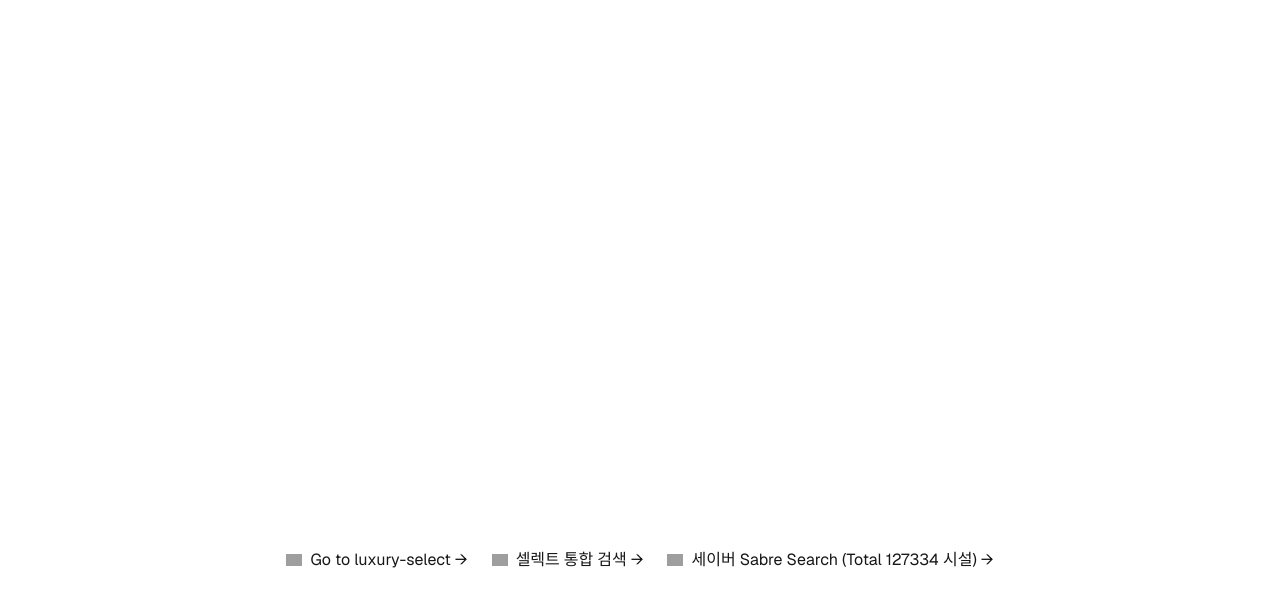
Repository: tide-mobility/select-search
Page: /
The author's editor kept a copy of each file at every save. The page is drawn from the files as they stood at one save, then again after the next save.
The browser window is 1280 px wide. The pictures show the whole page.
Pictures or frames that could not be fetched are drawn as grey boxes. The project was rebuilt for these pictures with package versions that can differ from the ones it lists, and the page was loaded fresh each time. The framework's server and built-in components were replaced by stand-ins that run in the browser. Also part of the build but not shown: next.config.ts.

Above is the page before, as saved 2025-01-19 09:09:42.

### src/app/page.tsx
// import Image from "next/image";
import Footer from "./components/footer";

export default function Home() {
  return (
    <div className="grid  items-center justify-items-center min-h-screen p-8 pb-20 gap-16 sm:p-20 font-[family-name:var(--font-geist-sans)]">
      <main></main>
      <Footer />
    </div>
  );
}

### src/app/components/footer.tsx
import React from 'react';


interface ImageProps {
    ariaHidden?: boolean;
    src: string;
    alt: string;
    width : number;
    height : number;
    // Add any other props you need
}

const Image: React.FC<ImageProps> = ({ ariaHidden, src, alt, width, height }) => {
    return <img aria-hidden={ariaHidden} src={src} alt={alt} width={width} height={height} />;
};

const Footer: React.FC = () => {

  const searchHref = typeof window !== 'undefined' ? `${window.location.origin}/search` : '/search';
  const searchSabreHref = typeof window !== 'undefined' ? `${window.location.origin}/search-sabre` : '/search-sabre';
    return (
        <footer className="row-start-3 flex gap-6 flex-wrap items-center justify-center">
        <a
            className="flex items-center gap-2 hover:underline hover:underline-offset-4"
            href="https://luxury-select.co.kr"
            target="_blank"
            rel="noopener noreferrer"
          >
            <Image
              aria-hidden
              src="/globe.svg"
              alt="Globe icon"
              width={16}
              height={16}
            />
            Go to luxury-select →
          </a>
          <a
            className="flex items-center gap-2 hover:underline hover:underline-offset-4"
            // href="https://select-search-zeta.vercel.app/search"
            // href={`${window.location.origin}/search`}
            href={searchHref}
            target="_blank"
            rel="noopener noreferrer"
          >
            <Image
              aria-hidden
              src="/file.svg"
              alt="File icon"
              width={16}
              height={16}
            />
            셀렉트 통합 검색 →
          </a>
          <a
            className="flex items-center gap-2 hover:underline hover:underline-offset-4"
            // href="https://select-search-zeta.vercel.app/search-sabre"
            // href={`${window.location.origin}/search-sabre`}
            href={searchSabreHref}
            target="_blank"
            rel="noopener noreferrer"
          >
            <Image
              aria-hidden
              src="/file.svg"
              alt="File icon"
              width={16}
              height={16}
            />
            세이버 Sabre Search (Total 127334 시설) →
          </a>
        </footer>
    );
};

export default Footer;

Loaded but not shown: src/app/layout.tsx (common file); src/app/globals.css (common file); tailwind.config.ts (common file)

After the next save:
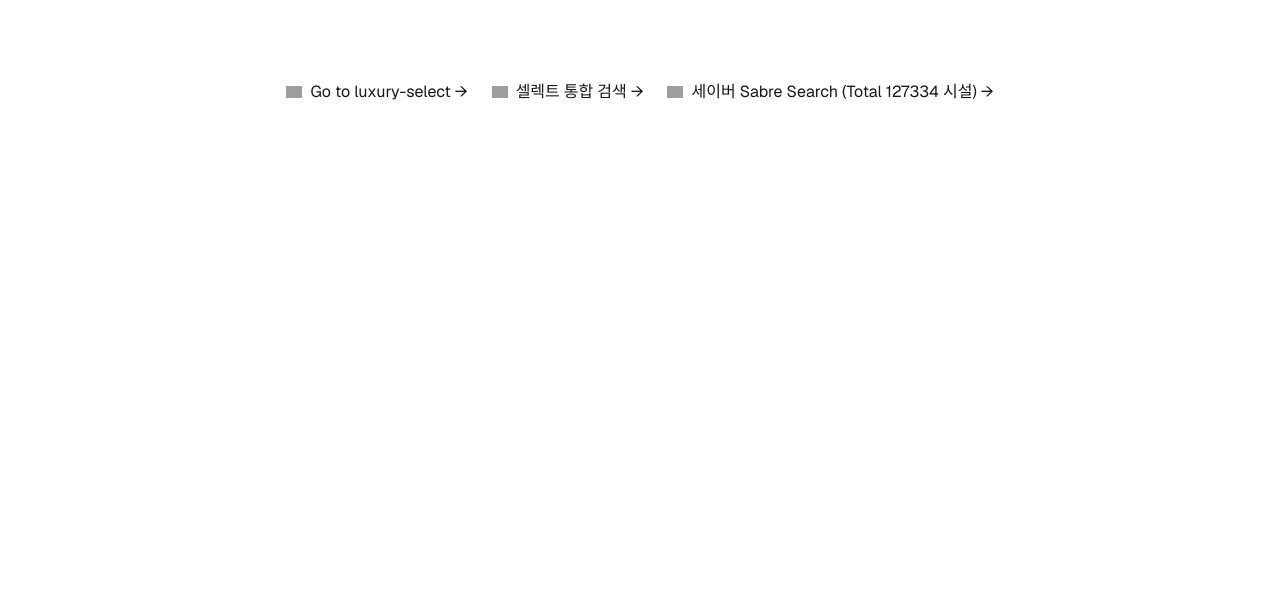
Saved 21 s later.
--- a/src/app/page.tsx
+++ b/src/app/page.tsx
@@ -3,7 +3,7 @@ import Footer from "./components/footer";
 
 export default function Home() {
   return (
-    <div className="grid  items-center justify-items-center min-h-screen p-8 pb-20 gap-16 sm:p-20 font-[family-name:var(--font-geist-sans)]">
+    <div className="items-center justify-items-center min-h-screen p-8 pb-20 gap-16 sm:p-20 font-[family-name:var(--font-geist-sans)]">
       <main></main>
       <Footer />
     </div>
